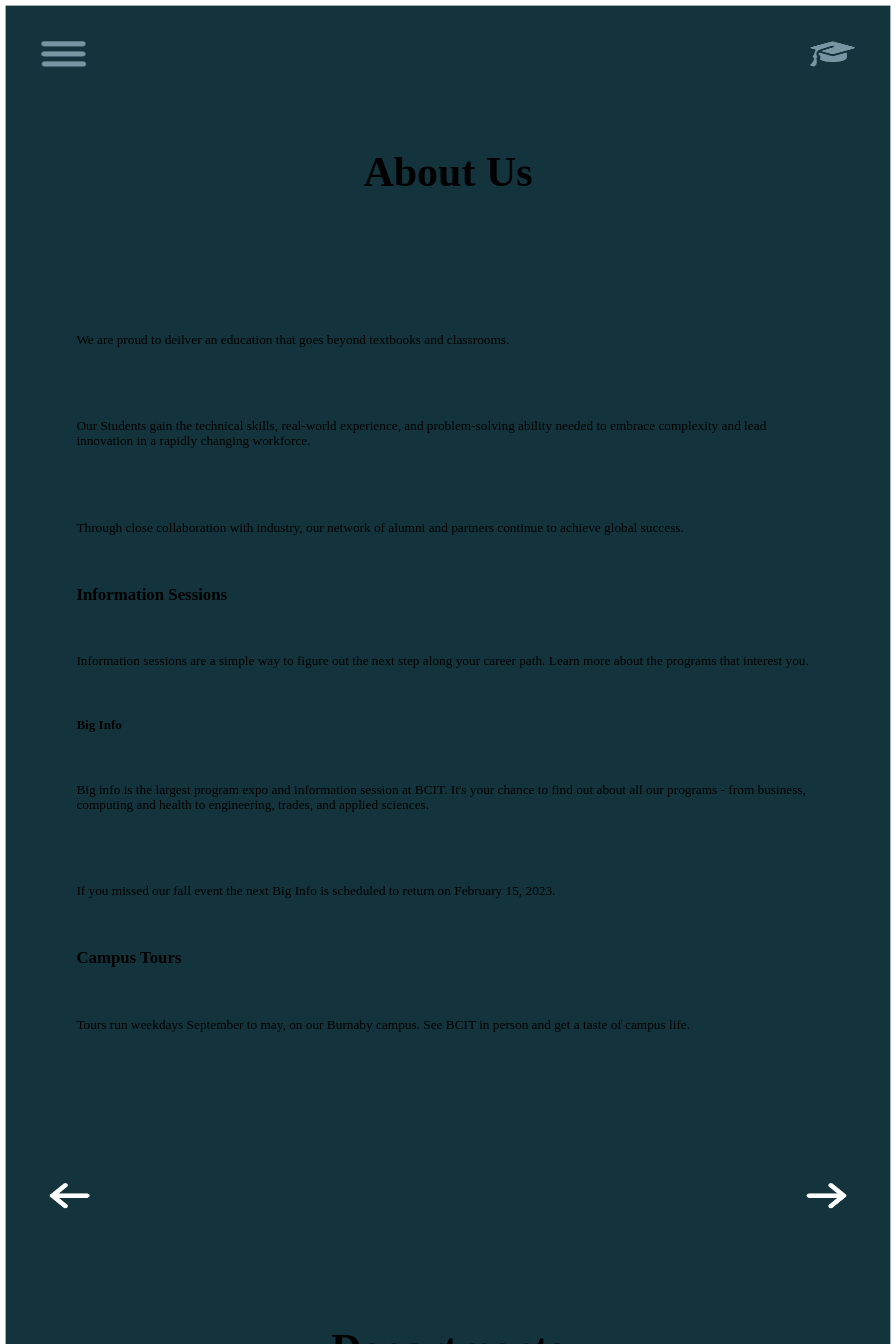
Repository: sierralaurent/MDIA2109-Assignment01
Page: /about
The author's editor kept a copy of each file at every save. The page is drawn from the files as they stood at one save, then again after a run of saves.
The browser window is 1280 px wide. The pictures show the part of the page from y = 0 to 1920 px (the page is 2979 px tall before and 3026 px after), at 70% of full size.
The project was rebuilt for these pictures with package versions that can differ from the ones it lists, and the page was loaded fresh each time. The framework's server and built-in components were replaced by stand-ins that run in the browser. Also part of the build but not shown: next.config.js.

Above is the page before, as saved 2023-02-05 17:00:36.

### pages/about.js
import Head from 'next/head'
import Image from 'next/image'
import { Inter } from '@next/font/google'
import styles from '@/styles/About.module.css'
import Link from 'next/link'


export default function About() {
    return (
        <>
        <Head>
        <title>About Us</title>
        <meta name="author" content="MDIA 2109" />
        <meta property="og:title" content="Assignment #1 - About Us Page" />
        <meta property="og:description" content="BCIT Digital Design and Development Diploma" />
        <link rel="icon" href="/favicon.png" />
      </Head>
      <main className={styles.mainABOUT}>
      <div className={styles.nav}>
            <img src="icons/menu-icon.png" className={styles.icon1}/>
            <img src="icons/graduation-hat.png" className={styles.icon2}/>
          </div>
        <div className={styles.About}>
        <h1>About Us</h1>
        </div>
        <div className={styles.infodiv}>
        <div className={styles.info}>
        <p>We are proud to deilver an education that goes beyond textbooks and classrooms.</p>
        <p>Our Students gain the technical skills, real-world experience, and problem-solving ability needed to embrace complexity and lead innovation in a rapidly changing workforce.</p>
        <p>Through close collaboration with industry, our network of alumni and partners continue to achieve global success.</p>
        <h2>Information Sessions</h2>
        <p>Information sessions are a simple way to figure out the next step along your career path. Learn more about the programs that interest you.</p>
        <h3>Big Info</h3>
        <p>Big info is the largest program expo and information session at BCIT. It's your chance to find out about all our programs - from business, computing and health to engineering, trades, and applied sciences.</p>
        <p>If you missed our fall event the next Big Info is scheduled to return on February 15, 2023.</p>
        <h2>Campus Tours</h2>
        <p>Tours run weekdays September to may, on our Burnaby campus. See BCIT in person and get a taste of campus life.</p>
        </div>
        <div className={styles.arrows}>
        <img src="/icons/leftArrow.png" alt="leftArrow" className={styles.icon2}></img>
        <img src="/icons/rightArrow.png" alt="rightArrow" className={styles.icon2}></img>
        </div>
          <div  className={styles.About}>
          <h1>Departments</h1>
          </div>
          <div className={styles.infodiv}>
          <div className={styles.info}>
        <ul>
            <li>Applied & Natural Sciences</li>
            <li>Business & Media</li>
            <li>Computing & IT</li>
            <li>Engineerin</li>
            <li>Health Sciences</li>
            <li>Trades & Apprenticeships</li>
        </ul>
        </div>
          </div>
        </div>
        <div className={styles.arrowsbottom}>
            <a href="/contact">
              <span>
              <img src="icons/upwardArrow.png" className={styles.icon3}/>
              <img src="icons/downwardArrow.png" className={styles.icon3}/>
              </span>
            </a>
          </div>
      </main>
        </>

    )
  }

### styles/About.module.css
.mainABOUT {
    background-color: #14343d;
  }

  .nav {
    padding: 4%;
  }

  .icon1 {
    width: 5vw;
    height: 5vh;
    float: left;
  }

  .icon2 {
    width: 5vw;
    height: 5vh;
    float: right;
  }

  .About {
    display: flex;
    justify-content: center;
    padding-top: 5%;
    font-size: 30px;
  }

  .infodiv {
    display: flex;
    flex-direction: column;
    justify-content: left;
  }

  .info p {
    padding-top: 3%;
    padding-bottom: 3%;
    font-size: 19px;
  }

  .info li {
    padding-top: 3%;
    padding-bottom: 3%;
    font-size: 20px;
  }
  .info {
    display: flex;
    flex-direction: column;
    justify-content: left;
    padding: 8%;
  }

  .arrows {
    display: flex;
    flex-direction: row;
    gap: 90%;
    padding: 5%;
  }

  .arrowsbottom {
    display: flex;
    justify-content: right;
    flex-direction: row;
    padding-bottom: 15%;
  }
  .icon3 {
    width: 5vw;
    height: 5vh;
  }


/* Desktop */
@media only screen and (min-width: 1000px) {

}


/* Tablet or iPad Air */
@media only screen and (min-width: 600px) and (max-width: 999px ) {

.infodiv {
  padding: 15%;
}

}

/* Mobile or iPhone XR */
@media only screen and (min-width: 300px) and (max-width: 599px ) {

.infodiv {
  padding: 20%;
}

.About {
  padding-top: 15%;
}

.info p {
  padding: 10%;
}

}

### components/Card/index.js
import {useState} from 'react'
import Image from 'next/image'
import styles from '@/components/Card/card.module.css'

const Card = () => {
    const [showPopup, setShowPopup] = useState(0);

    return (
        <div>
            <button className={styles.butt}
                onClick={() => setShowPopup(true)}
                >
                    <img src='/icons/menu-icon.png' width={60}></img>
            </button>

            {
                showPopup ? (
                    <div className={styles.menubutton}>
                        <img src="./background-images/menuBackground.png" width={300} className={styles.background}></img>
                        <h1 className={styles.x} onClick={() => setShowPopup(0)}>
                            X
                        </h1>
                        <div className={styles.menu}>
                        <h3>Home</h3>
                        <h3>About</h3>
                        <h3>Contact</h3>
                        </div>
                        </div>





                ) : null
            }
        </div>
    );
};

export default Card;

### components/Card/card.module.css
.x {
    position: absolute;
    font-size: 40px;
}

.butt {
    background-color: transparent;
    border: none;
}

.menubutton {
    position: absolute;

}

.menu {
    position: absolute;

}

.menu h3 {
    font-size: 40px;
}

.background {
    position: absolute;
}

/* Desktop */
@media only screen and (min-width: 1000px) {
    .menu {
    top: 20%;
    left: 35%;
    }
    .menubutton {
    width: 40%;
    height: 500px;
    }
    .x {
    top: 10%;
    left: 20%;

    }
}

/* Tablet or iPad Air */
@media only screen and (min-width: 600px) and (max-width: 999px ) {
    .menu {
        top: 20%;
        left: 35%;
        }
        .menubutton {
        width: 40%;
        height: 500px;
        }
        .x {
        top: 10%;
        left: 20%;

        }

}

/* Mobile or iPhone XR */
@media only screen and (min-width: 300px) and (max-width: 599px ) {
    .menu {
        top: 20%;
        left: 60%;
        }
        .menubutton {
        width: 40%;
        height: 500px;
        }
        .x {
        top: 10%;
        left: 40%;

        }

    }

Loaded but not shown: pages/_document.js (common file); pages/api/hello.js (common file)

After the next 2 saves:
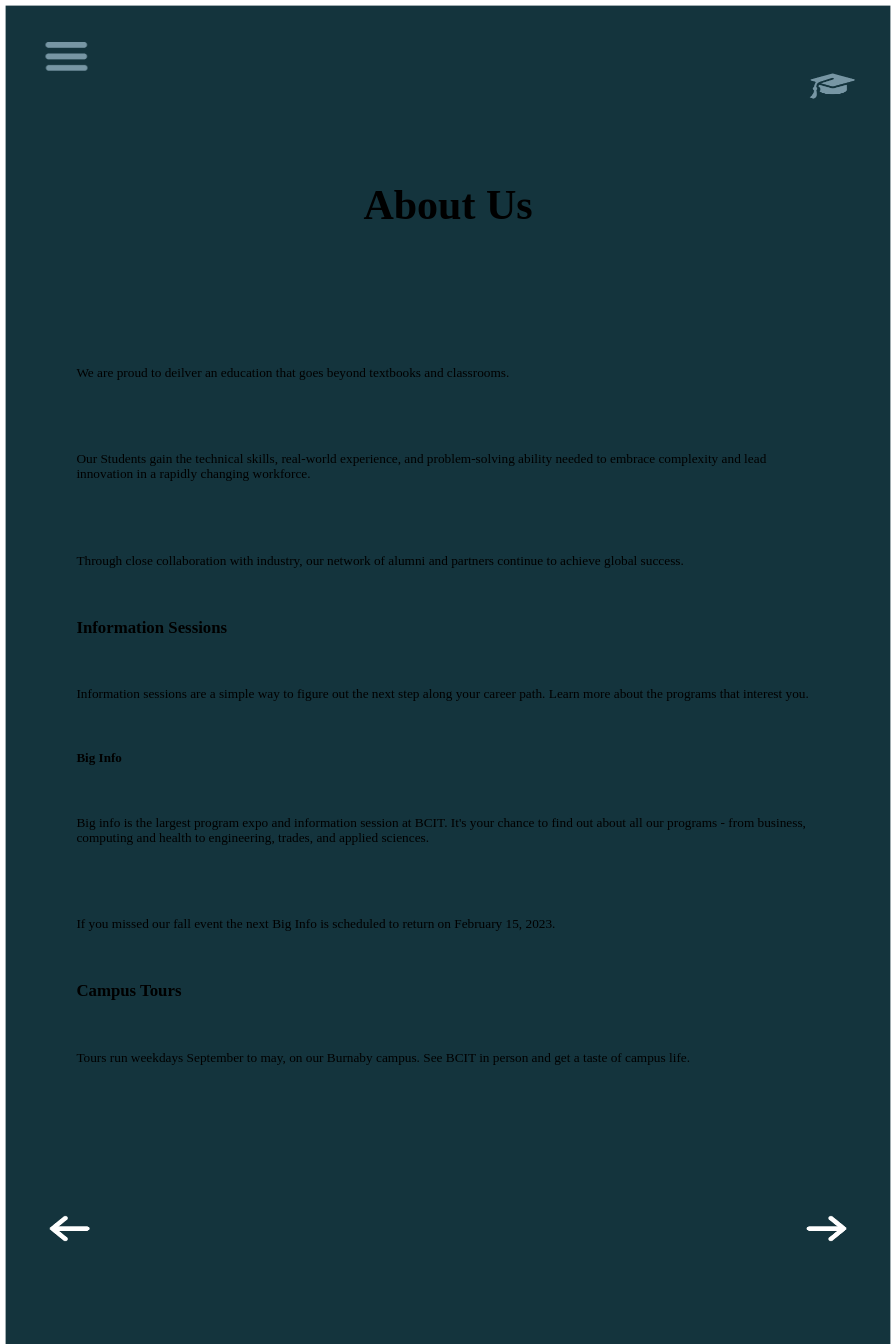
The 2 saves are shown as one change because 1 did not build or start.
The last was saved 41 s later.
--- a/pages/about.js
+++ b/pages/about.js
@@ -3,6 +3,7 @@ import Image from 'next/image'
 import { Inter } from '@next/font/google'
 import styles from '@/styles/About.module.css'
 import Link from 'next/link'
+import Card from '../components/Card'
 
 
 export default function About() {
@@ -17,7 +18,7 @@ export default function About() {
       </Head>
       <main className={styles.mainABOUT}>
       <div className={styles.nav}>
-            <img src="icons/menu-icon.png" className={styles.icon1}/>
+      <Card className={styles.icon1}/>
             <img src="icons/graduation-hat.png" className={styles.icon2}/>
           </div>
         <div className={styles.About}>
